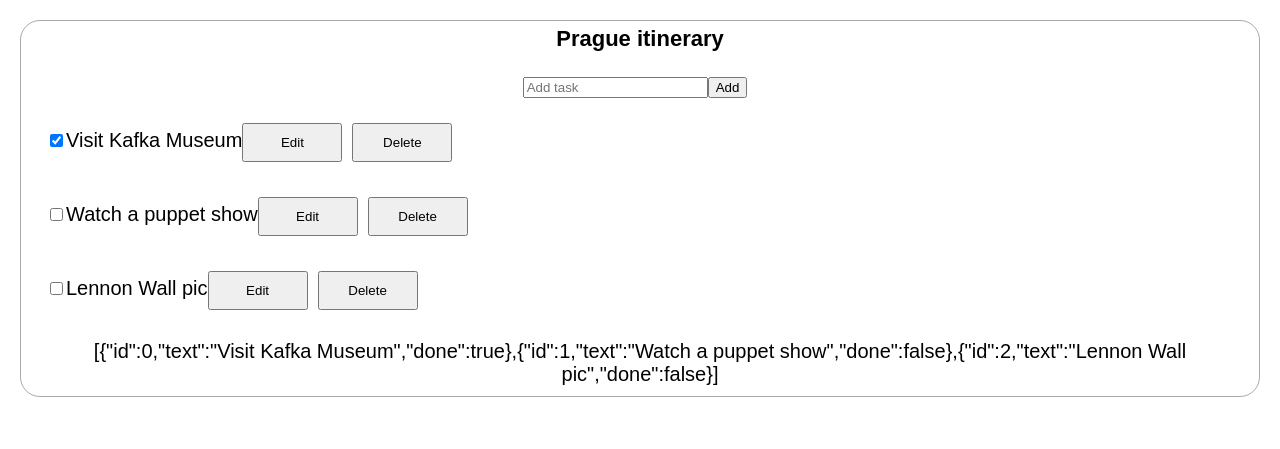
Repository: trider/my-react-app
Page: /
The author's editor kept a copy of each file at every save. The page is drawn from the files as they stood at one save, then again after the next save.
The browser window is 1280 px wide. The pictures show the whole page.
The project was rebuilt for these pictures with package versions that can differ from the ones it lists, and the page was loaded fresh each time. Also part of the build but not shown: src/components/basic/Gallery.js, src/components/basic/Profile.js, src/components/utils.js, src/components/basic/Avatar.js, src/components/basic/GridX.js, src/components/time/Clock.js, src/components/time/Time.js, src/components/basic/ListT.js and 54 more. Imported but missing from the stored project, and not drawn on this page: src/components/stateManagement/Accoridion.

Above is the page before, as saved 2024-04-25 10:59:41.

### src/App.js
// import logo from './logo.svg';
import Gallery from './components/basic/Gallery.js';
import Profile from './components/basic/Profile.js';
import Avatar from './components/basic/Avatar.js';
import GridX from './components/basic/GridX.js';
import Time from './components/time/Time.js';
import List from './components/basic/ListT.js';
import ListP from './components/people/people.js';
import Tea from './components/basic/Tea.js';
import MyFancy from './components/fancyText/MyFancy.js';
import Interactive from './components/inveractive/interactive.js';
import State from './components/state/state.js';
import StateManagement from './components/stateManagement/StateManagement.js';

import Card from './components/basic/Card.js';

import './App.css';
import './styles.css';

const props = {
  avatar: {
    size: 100,
    person: {
      name: 'Katsuko Saruhashi',
      imageId: 'YfeOqp2'
    }
  },
  show: {
    default: {
      show:false,
      components:{
        clock: false,
        avatar: false,
        gallery: false,
        grid: false,
        profile: false,
        list: false,
        people: false,
        tea: true,
        fancy: true
      }
    },
    interactive: false,
    state: false,
    stateManagement: true



  }

}

const person = {
  name: 'Gregorio Y. Zara',
  theme: {
    backgroundColor: 'black',
    color: 'pink'
  }
};




let App = () => {
  return (
    <div>

      { props.show.default.show &&
        <div>
          {props.show.default.components.clock && <Card><Time /></Card>}
          {props.show.default.components.profile && <Card><Profile /></Card>}
          {props.show.default.components.grid && <Card><GridX /></Card>}
          {props.show.default.components.person &&
            <Card>
              <div style={person.theme}>
                <h1>{person.name}'s Todos</h1>
                <img
                  className="avatar"
                  src="https://i.imgur.com/7vQD0fPs.jpg"
                  alt="Gregorio Y. Zara"
                />
                <ul>
                  <li>Improve the videophone</li>
                  <li>Prepare aeronautics lectures</li>
                  <li>Work on the alcohol-fuelled engine</li>
                </ul>
              </div>
            </Card>
          }


            {props.show.default.components.avatar &&
              <Card>
                <div className="avatar"><Avatar {...props.avatar} /></div>
              </Card>

            }

            {props.show.default.components.list && <Card><List /></Card>}
            {props.show.default.components.gallery && <Card><Gallery /></Card>}
            {props.show.default.components.people && <Card><ListP /></Card>}
            {props.show.default.components.tea && <Card><Tea /></Card>}
            {props.show.default.components.fancy && <Card><MyFancy /></Card>}



        </div>
      }
      {props.show.interactive && <Interactive />}
      {props.show.state && <State />}
      {props.show.stateManagement && <StateManagement />}



    </div>


  );
}


export default App;

### src/components/stateManagement/StateManagement.js
import Quiz from "./Quiz";
import FeedbackForm from "./FeedBack";
import NameCheck from "./NameCheck";
import Menu from "./Snacks";
import Card from "../basic/Card";
import TravelPlan from "./places/TravelPlan";
import Accordion from "./Accoridion";
import Counter1 from "./Counters/Counters1";
import Counter2 from "./Counters/Counters2";
import Counter3 from "./Counters/Counters3";
import Counter4 from "./Counters/Counters4";
import Scoreboard from "./Counters/Counters5";
import Messenger from "./Contacts/Contacts";
import TaskApp from "./Reducers/TaskApp";

import './styles.css';
import './Counters/counters.css';
// import './places/places.css';

const props = {
 show: {
  quiz: false,
  feedBack: false,
  nameCheck: false,
  menu: false,
  travelPlan: false,
  accordion:false,
  counter1:false,
  counter2:false,
  counter3:false,
  counter4:false,
  scoreboard:false,
  messenger:false,
  taskApp:true

 }
};


const StateManagement = () => {


  return (
    <div>
     {props.show.quiz && <Quiz />}
     {props.show.feedBack && <FeedbackForm />}
     {props.show.nameCheck && <NameCheck />}
     {props.show.menu &&
      <Card>
        <Menu />
      </Card>}
      {props.show.travelPlan && <TravelPlan /> }
      {props.show.accordion &&  <Accordion />}
      {props.show.counter1 && <Counter1 />}
      {props.show.counter2 && <Counter2 />}
      {props.show.counter3 && <Counter3 />}
      {props.show.counter4 && <Counter4 />}
      {props.show.scoreboard && <Scoreboard />}
      {props.show.messenger && <Messenger />}
      {props.show.taskApp &&
        <Card>
         <TaskApp />
        </Card>}

    </div>
  );
}

export default StateManagement;

### src/components/basic/Card.js
import '../../styles.css';



const Card = ({ children }) => {
 return (
   <div className="card">
     {children}
   </div>
 );
}

export default Card;

### src/styles.css
* {
 box-sizing: border-box;
}

body {
 font-family: sans-serif;
 margin: 20px;
 padding: 0;
}

h1 {
 margin-top: 0;
 font-size: 22px;
}

h2 {
 margin-top: 0;
 font-size: 20px;
}

h3 {
 margin-top: 0;
 font-size: 18px;
}

h4 {
 margin-top: 0;
 font-size: 16px;
}

h5 {
 margin-top: 0;
 font-size: 14px;
}

h6 {
 margin-top: 0;
 font-size: 12px;
}

code {
 font-size: 1.2em;
}

ul {
 padding-inline-start: 20px;
 list-style-type: circle;
}

.card {
 width: fit-content;
 margin: 5px;
 display: block;
 margin-left: auto;
 margin-right: auto;
 padding: 5px;
 font-size: 20px;
 text-align: center;
 border: 1px solid #aaa;
 border-radius: 20px;
 background: #fff;
}
.avatar {
 margin: 20px;
 border-radius: 50%;
}

### src/components/people/people.css
* {
 box-sizing: border-box;
}

body {
 font-family: sans-serif;
 margin: 20px;
 padding: 0;
}

h1 {
 margin-top: 0;
 font-size: 22px;
}

h2 {
 margin-top: 0;
 font-size: 20px;
}

h3 {
 margin-top: 0;
 font-size: 18px;
}

h4 {
 margin-top: 0;
 font-size: 16px;
}

h5 {
 margin-top: 0;
 font-size: 14px;
}

h6 {
 margin-top: 0;
 font-size: 12px;
}

code {
 font-size: 1.2em;
}

ul {
 padding-inline-start: 20px;
}

ul { list-style-type: none; padding: 0px 10px; }
li {
 margin-bottom: 10px;
 display: grid;
 grid-template-columns: auto 1fr;
 gap: 20px;
 align-items: center;
}
img { width: 100px; height: 100px; border-radius: 50%; }

### src/components/fancyText/fancy.css
* {
 box-sizing: border-box;
}

body {
 font-family: sans-serif;
 margin: 20px;
 padding: 0;
}

h1 {
 margin-top: 0;
 font-size: 22px;
}

h2 {
 margin-top: 0;
 font-size: 20px;
}

h3 {
 margin-top: 0;
 font-size: 18px;
}

h4 {
 margin-top: 0;
 font-size: 16px;
}

h5 {
 margin-top: 0;
 font-size: 14px;
}

h6 {
 margin-top: 0;
 font-size: 12px;
}

code {
 font-size: 1.2em;
}

ul {
 padding-inline-start: 20px;
}

.fancy {
 font-family: 'Georgia';
}
.title {
 color: #007AA3;
 text-decoration: underline;
}
.cursive {
 font-style: italic;
}
.small {
 font-size: 10px;
}
.colorbox {
 height: 100px;
 width: 100px;
 margin: 8px;
}

### src/components/inveractive/interactive.css
* {
 box-sizing: border-box;
}

body {
 font-family: sans-serif;
 margin: 20px;
 padding: 0;
}

h1 {
 margin-top: 0;
 font-size: 22px;
}

h2 {
 margin-top: 5px;
 font-size: 20px;
}

h3 {
 margin-top: 0;
 font-size: 18px;
}

h4 {
 margin-top: 0;
 font-size: 16px;
}

h5 {
 margin-top: 0;
 font-size: 14px;
}

h6 {
 margin-top: 0;
 font-size: 12px;
}

code {
 font-size: 1.2em;
}

ul {
 padding-inline-start: 20px;
}

section {
 margin-bottom: 20px;
}

button {
 margin-top: 10px;
 margin-right: 10px;
 margin-bottom: 15px;
}


.Toolbar {
 background: #aaa;
 padding: 5px;
}

### src/components/state/state.css
* {
 box-sizing: border-box;
}

body {
 font-family: sans-serif;
 margin: 20px;
 padding: 0;
}

h1 {
 margin-top: 0;
 font-size: 22px;
}

h2 {
 margin-top: 0;
 font-size: 20px;
}

h3 {
 margin-top: 0;
 font-size: 18px;
}

h4 {
 margin-top: 0;
 font-size: 16px;
}

h5 {
 margin-top: 0;
 font-size: 14px;
}

h6 {
 margin-top: 0;
 font-size: 12px;
}

code {
 font-size: 1.2em;
}

ul {
 padding-inline-start: 20px;
 list-style-type: circle;
}


label, textarea { margin-bottom: 10px; display: block; }

.cardState {
 width:max-content;
 margin: 5px;
 display: block;
 /* margin-left: auto;
 margin-right: auto; */
 padding: 5px;
 font-size: 20px;
 text-align: center;
 border: 1px solid #aaa;
 border-radius: 20px;
 background: #fff;
}

### src/components/stateManagement/Reducers/TaskApp.js
import { useReducer } from 'react';
import AddTask from './AddTask.js';
import TaskList from './TaskList.js';
import tasksReducer from './tasksReducer.js';

export default function TaskApp() {
  const [tasks, dispatch] = useReducer(tasksReducer, initialTasks);

  function handleAddTask(text) {
    dispatch({
      type: 'added',
      id: nextId++,
      text: text,
    });
  }

  function handleChangeTask(task) {
    dispatch({
      type: 'changed',
      task: task,
    });
  }

  function handleDeleteTask(taskId) {
    dispatch({
      type: 'deleted',
      id: taskId,
    });
  }

  function list(tasks) {
    return <ul>
      {tasks.map((task) => (
        <li key={task.id}>
         {JSON.stringify(task)}
        </li>
      ))}
    </ul>
    ;
  }

  return (
    <>
      <h1>Prague itinerary</h1>
      <AddTask onAddTask={handleAddTask} />
      <TaskList
        tasks={tasks}
        onChangeTask={handleChangeTask}
        onDeleteTask={handleDeleteTask}
      />

      <p>{JSON.stringify(tasks)}</p>
    </>
  );
}

let nextId = 3;
const initialTasks = [
  {id: 0, text: 'Visit Kafka Museum', done: true},
  {id: 1, text: 'Watch a puppet show', done: false},
  {id: 2, text: 'Lennon Wall pic', done: false},
];

### src/components/stateManagement/styles.css
* {
 box-sizing: border-box;
}

body {
 font-family: sans-serif;
 margin: 20px;
 padding: 0;
}

h1 {
 margin-top: 0;
 font-size: 22px;
}

h2 {
 margin-top: 0;
 font-size: 20px;
}

h3 {
 margin-top: 0;
 font-size: 18px;
}

h4 {
 margin-top: 0;
 font-size: 16px;
}

h5 {
 margin-top: 0;
 font-size: 14px;
}

h6 {
 margin-top: 0;
 font-size: 12px;
}

code {
 font-size: 1.2em;
}

ul {
 padding-inline-start: 20px;
}

h3, p { margin: 5px 0px; }
.panel {
 padding: 10px;
 border: 1px solid #aaa;
}

### src/components/stateManagement/Counters/counters.css
* {
 box-sizing: border-box;
}

body {
 font-family: sans-serif;
 margin: 20px;
 padding: 0;
}

h1 {
 margin-top: 0;
 font-size: 22px;
}

h2 {
 margin-top: 0;
 font-size: 20px;
}

h3 {
 margin-top: 0;
 font-size: 18px;
}

h4 {
 margin-top: 0;
 font-size: 16px;
}

h5 {
 margin-top: 0;
 font-size: 14px;
}

h6 {
 margin-top: 0;
 font-size: 12px;
}

code {
 font-size: 1.2em;
}

ul {
 padding-inline-start: 20px;
}

label {
 display: block;
 clear: both;
}

.counter {
 width: 100px;
 text-align: center;
 border: 1px solid gray;
 border-radius: 4px;
 padding: 20px;
 margin: 0 20px 20px 0;
 float: left;
}

.hover {
 background: #ffffd8;
}

### src/components/stateManagement/places/places.css
* {
 box-sizing: border-box;
}

body {
 font-family: sans-serif;
 margin: 20px;
 padding: 0;
}

h1 {
 margin-top: 0;
 font-size: 22px;
}

h2 {
 margin-top: 0;
 font-size: 20px;
}

h3 {
 margin-top: 0;
 font-size: 18px;
}

h4 {
 margin-top: 0;
 font-size: 16px;
}

h5 {
 margin-top: 0;
 font-size: 14px;
}

h6 {
 margin-top: 0;
 font-size: 12px;
}

code {
 font-size: 1.2em;
}

ul {
 padding-inline-start: 20px;
 text-align: left;
 /* vertical-align: top; */
}

li {
 margin-bottom: 10px;
 /* vertical-align: top; */
}

### src/components/stateManagement/Contacts/contacts.css
* {
 box-sizing: border-box;
}

body {
 font-family: sans-serif;
 margin: 20px;
 padding: 0;
}

h1 {
 margin-top: 0;
 font-size: 22px;
}

h2 {
 margin-top: 0;
 font-size: 20px;
}

h3 {
 margin-top: 0;
 font-size: 18px;
}

h4 {
 margin-top: 0;
 font-size: 16px;
}

h5 {
 margin-top: 0;
 font-size: 14px;
}

h6 {
 margin-top: 0;
 font-size: 12px;
}

code {
 font-size: 1.2em;
}

ul {
 padding-inline-start: 20px;
}

.chat, .contact-list {
 float: left;
 margin-bottom: 20px;
}
ul, li {
 list-style: none;
 margin: 0;
 padding: 0;
}
li button {
 width: 100px;
 padding: 10px;
 margin-right: 10px;
}
textarea {
 height: 150px;
}

### src/components/stateManagement/Reducers/AddTask.js
import { useState } from 'react';

export default function AddTask({onAddTask}) {
  const [text, setText] = useState('');
  return (
    <>
      <input
        placeholder="Add task"
        value={text}
        onChange={(e) => setText(e.target.value)}
      />
      <button
        onClick={() => {
          setText('');
          onAddTask(text);
        }}>
        Add
      </button>
    </>
  );
}

### src/components/stateManagement/Reducers/TaskList.js
import { useState } from 'react';

export default function TaskList({tasks, onChangeTask, onDeleteTask}) {
  return (
    <ul>
      {tasks.map((task) => (
        <li key={task.id}>
          <Task task={task} onChange={onChangeTask} onDelete={onDeleteTask} />
        </li>
      ))}
    </ul>
  );
}

function Task({task, onChange, onDelete}) {
  const [isEditing, setIsEditing] = useState(false);
  let taskContent;
  if (isEditing) {
    taskContent = (
      <>
        <input
          value={task.text}
          onChange={(e) => {
            onChange({
              ...task,
              text: e.target.value,
            });
          }}
        />
        <button onClick={() => setIsEditing(false)}>Save</button>
      </>
    );
  } else {
    taskContent = (
      <>
        {task.text}
        <button onClick={() => setIsEditing(true)}>Edit</button>
      </>
    );
  }
  return (
    <label>
      <input
        type="checkbox"
        checked={task.done}
        onChange={(e) => {
          onChange({
            ...task,
            done: e.target.checked,
          });
        }}
      />
      {taskContent}
      <button onClick={() => onDelete(task.id)}>Delete</button>
    </label>
  );
}

### src/components/stateManagement/Reducers/tasksReducer.js
export default function tasksReducer(tasks, action) {
 switch (action.type) {
   case 'added': {
     return [
       ...tasks,
       {
         id: action.id,
         text: action.text,
         done: false,
       },
     ];
   }
   case 'changed': {
     return tasks.map((t) => {
       if (t.id === action.task.id) {
         return action.task;
       } else {
         return t;
       }
     });
   }
   case 'deleted': {
     return tasks.filter((t) => t.id !== action.id);
   }
   default: {
     throw Error('Unknown action: ' + action.type);
   }
 }
}

Loaded but not shown: public/index.html (common file); src/index.js (common file); src/index.css (common file); src/reportWebVitals.js (common file)

After the next save:
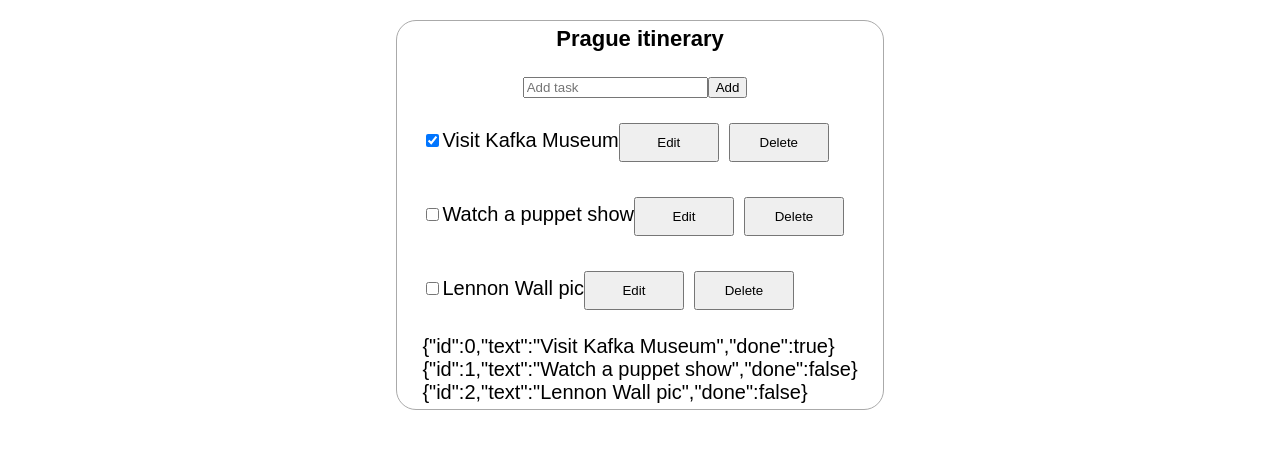
Saved 22 s later.
--- a/src/components/stateManagement/Reducers/TaskApp.js
+++ b/src/components/stateManagement/Reducers/TaskApp.js
@@ -49,7 +49,7 @@ export default function TaskApp() {
         onDeleteTask={handleDeleteTask}
       />
 
-      <p>{JSON.stringify(tasks)}</p>
+      {list(tasks)}
     </>
   );
 }
